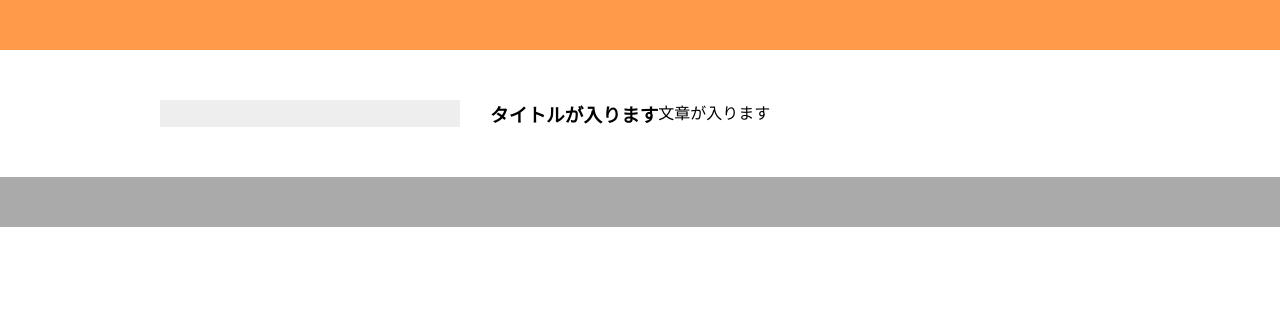
Repository: yofuu/caravan-chapter4
Page: chpter9/chapter10.html
The author's editor kept a record of every edit. The page is drawn from the files as they stood at one moment, then again after the next edit.
The browser window is 1280 px wide. The pictures show the whole page.

Above is the page before.

After the next edit:
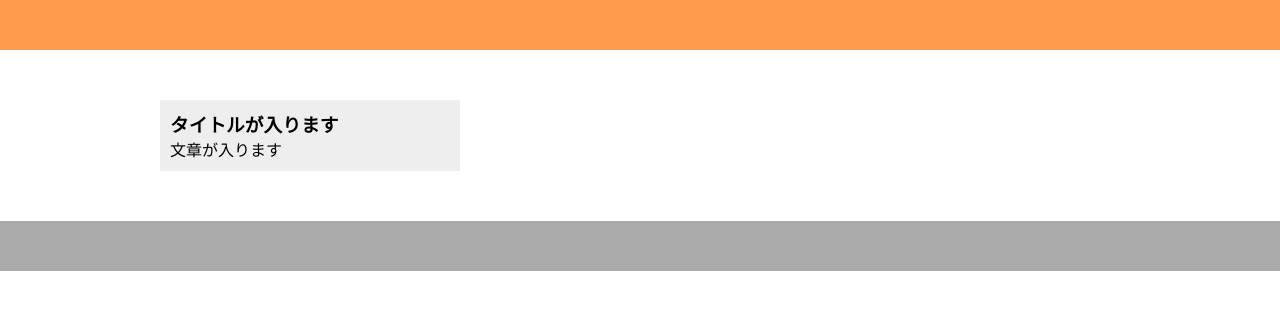
The edit:
--- a/chpter9/chapter10.html
+++ b/chpter9/chapter10.html
@@ -10,7 +10,7 @@
     <header></header>
 
     <main>
-      <div class="step-box"
+      <div class="step-box">
       <div class="blog1"></div>
       <h3>タイトルが入ります</h3>
       <p>文章が入ります</p>
